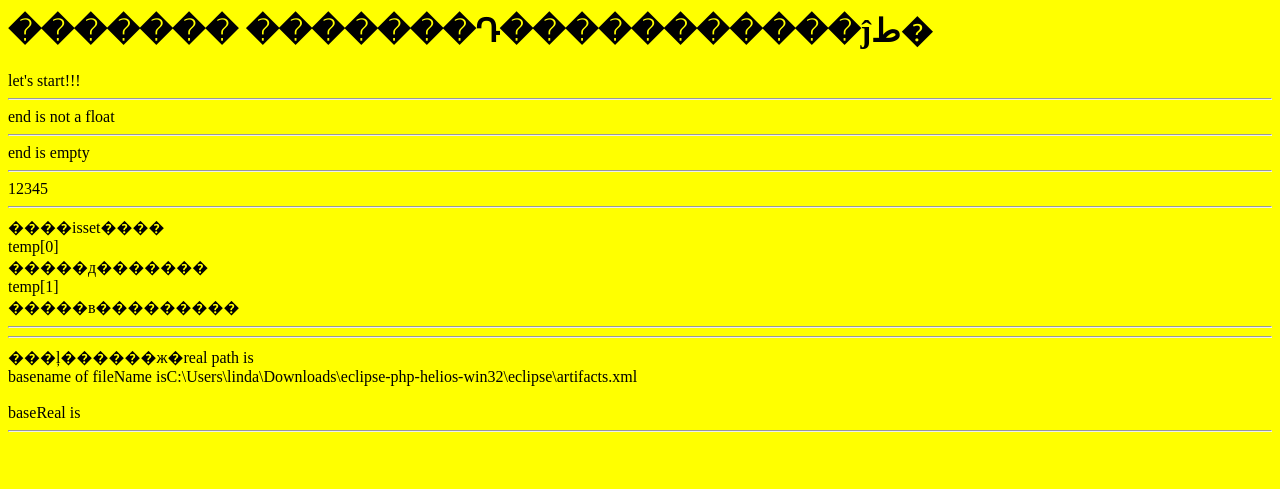
Repository: hanliyao/HelloWorld
Page: http://localhost/core/Common/testUnit.php
The author's editor kept a copy of each file at every save. The page is drawn from the files as they stood at one save, then again after the next save.
The browser window is 1280 px wide. The pictures show the whole page.
The page is run by PHP 8.4 with error messages shown; the project is at /var/www/html/.

Above is the page before, as saved 2016-02-05 02:40:23.

### HelloWorld/core/Common/testUnit.php
<!DOCTYPE unspecified PUBLIC "-//W3C//DTD HTML 4.01 Transitional//EN" "http://www.w3.org/TR/html4/loose.dtd">

<html>
    <head>
        <title>덜쯤꿎桿묏야女충</title>
        <style type="text/css">
        body{
            background-color:yellow;
        }
    </style>
    </head>

    <body>
        <h1>侶몸꼬롸 痰윱꿎桿덜쯤櫓唐狂痙돨뒈렘</h1>
        <?php
            echo "let's start!!!<br>";
            echo "<hr>";
            $end = '';
            if(is_float($end))
            {
                echo "end is float<br>";
            }else {
                echo "end is not a float<br>";
            }
            echo "<hr>";

           //꿎桿$end 角뤠槨왕
           if(empty($end))
           {
               echo "end is empty<br>";
           }else {
               echo "end is not empty<br>";
           }
           echo "<hr>";

           //뚤鑒莉돨쏵契꿎桿
           $_info = array();
           $_start = 'hello';
           $_info[$_start] = 12345;
           echo "$_info[$_start]<br>";
           echo "<hr>";
           //繫법뚤鑒莉돨꿎桿，랙君鑒莉돨苟깊옵鹿角俚륜눔，
           //怜狼뒤랗늴못놔宮壇돨苟깊，橙옵鹿혤놔俚륜눔櫓돨코휭

           //꿎桿isset변鑒
           echo "꿎桿isset변鑒<br>";
           $temp = array();
           $temp[0]="hello world";
           echo "temp[0]<br>";
           if(isset($temp[0]))
           {
               echo "鑒莉櫓닸瞳鑒앴<br>";
           }else {
               echo "鑒莉櫓꼇닸瞳鑒앴<br>";
           }
           echo "temp[1]<br>";
           if(isset($temp[1]))
           {
               echo "鑒莉櫓닸瞳鑒앴<br>";
           }else {
               echo "鑒莉櫓꼇닸瞳鑒앴<br>";
           }
           echo "<hr>";

           echo "<hr>";
           echo "뚤匡숭鱗놔털뙤";
           $fileName = "C:\\Users\\linda\\Downloads\\eclipse-php-helios-win32\\eclipse\\artifacts.xml<br>";
           //---------------------------------------------------
           $reapath = realpath($fileName);
           echo "real path is ".$reapath;
           echo "<br>";
           //---------------------------------------------------
           $base = basename($fileName);
           echo "basename of fileName is". $base;
           echo "<br>";
           //---------------------------------------------------
           $baseReal = basename($reapath);
           echo  "baseReal is". $baseReal;
           echo "<br>";
           //---------------------------------------------------
           echo "<hr>";

           ?>
    </body>
</html>

After the next save:
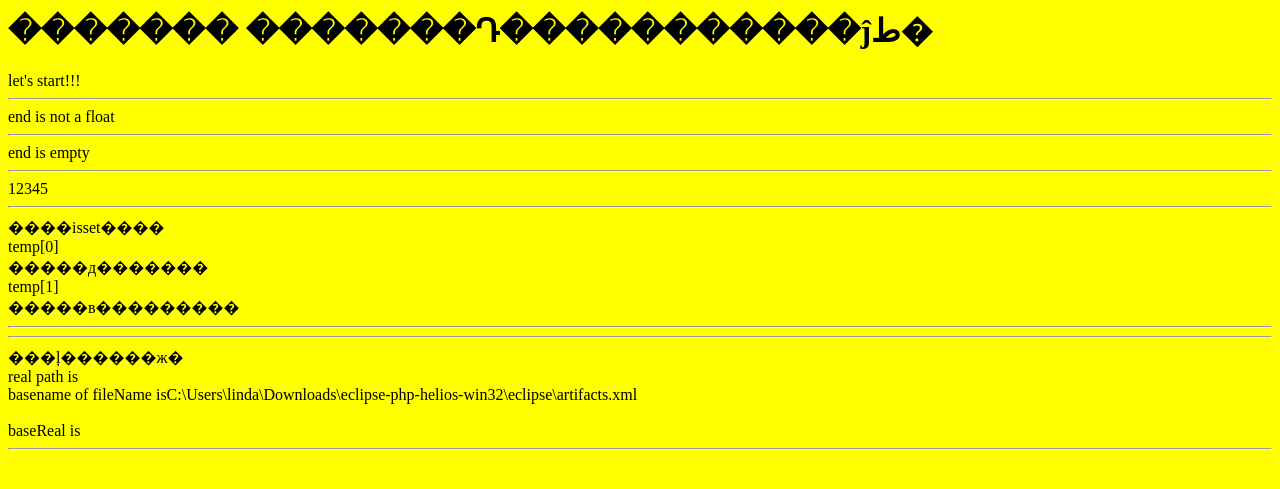
Saved 40 s later.
--- a/HelloWorld/core/Common/testUnit.php
+++ b/HelloWorld/core/Common/testUnit.php
@@ -63,7 +63,7 @@
            echo "<hr>";
 
            echo "<hr>";
-           echo "뚤匡숭鱗놔털뙤";
+           echo "뚤匡숭鱗놔털뙤<br>";
            $fileName = "C:\\Users\\linda\\Downloads\\eclipse-php-helios-win32\\eclipse\\artifacts.xml<br>";
            //---------------------------------------------------
            $reapath = realpath($fileName);
